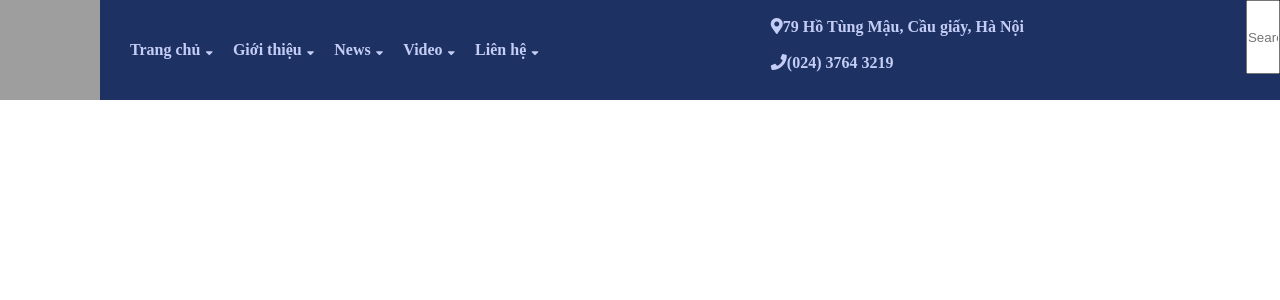
Repository: Luong-tung/newtopics
Page: index2.html
An editor plug-in stored every save of this project. The page is shown before and after the next save, followed by the edit.
The browser window is 1280 px wide. The pictures show the whole page.
Pictures or frames that could not be fetched are drawn as grey boxes. Some web libraries are served in a nearby version.

Above is the page before, as saved 2021-10-07 18:27:40.

### index2.html
<!DOCTYPE html>
<html lang="en">
<head>
    <meta charset="UTF-8">
    <meta http-equiv="X-UA-Compatible" content="IE=edge">
    <meta name="viewport" content="width=device-width, initial-scale=1.0">
    <title>trang web thương mai điện tử</title>
    <link rel="stylesheet" href="iu2.css">
    <link rel="stylesheet" href="https://pro.fontawesome.com/releases/v5.10.0/css/all.css" integrity="sha384-AYmEC3Yw5cVb3ZcuHtOA93w35dYTsvhLPVnYs9eStHfGJvOvKxVfELGroGkvsg+p" crossorigin="anonymous"/>
    <link rel="stylesheet" href="grid.css">

</head>
<body>
    <div class="header">
        <div class="logo">
            <img src="https://scontent.fhan3-5.fna.fbcdn.net/v/t1.15752-9/243148085_229171089102243_5702030057696055665_n.png?_nc_cat=109&ccb=1-5&_nc_sid=ae9488&_nc_ohc=MFQrVL-E3ZUAX81UgOR&_nc_ht=scontent.fhan3-5.fna&oh=bf2530340138a8a1eb55384dd7d37a9e&oe=6184EB79" alt="">


            <ul>
                <li><a href="#"></a>Trang chủ<i class="fas fa-sort-down"></i></li>
                <li><a href="#"></a>Giới thiệu<i class="fas fa-sort-down"></i></li>
                <li><a href="#"></a>News<i class="fas fa-sort-down"></i></li>
                <li><a href="#"></a>Video<i class="fas fa-sort-down"></i></li>
                <li><a href="#"></a>Liên hệ<i class="fas fa-sort-down"></i></li>
            </ul>
        </div>
        <div class="address">
            <p><i class="fas fa-map-marker-alt"></i>79 Hồ Tùng Mậu, Cầu giấy, Hà Nội</p>
            <P><i class="fas fa-phone"></i>(024) 3764 3219</P>
        </div>
        <div class="search">
            <form>
                <input type="text" name="Search" placeholder="Search...">
            </form>
        </div>









    </div>
    <script src="./main2.js"></script>
</body>
</html>

### iu2.css
*{
    padding: 0;
    margin: 0;

}
.header{
    width: 100%;
    height: 100px;
    background:#1E3163;
    display: flex;
    justify-content: space-between;

}
.header .logo img{
    width: 100px;
    height: 100px;

}
.header .logo{
    display: flex;
    cursor: pointer;
}
.header .logo ul{
    color: #c4cdf5;
    margin-left: 20px;
    display: flex;
    align-items: center;
    justify-content: space-between;
}
.header .logo ul li{
    list-style: none;
    cursor: pointer;
    margin: 0px 5px;
    padding:5px;
    font-weight: 600;

}
.header .logo ul li i{
    font-size: 12px;
    margin-left: 5px;
}
.header .logo ul li:hover{
    background:#c4cdf5;
    color:#092086;

}
.header .address p{
    margin-top: 18px;
    color: #c4cdf5;
    font-weight: 600;
    cursor: pointer;
    padding: 0 5px;
}
.header .search{

}
.header .search input{
    width: 30px;
    height: 70px;
}

Loaded but not shown: grid.css (no stored copy; drawn as an empty file); main2.js (no stored copy; drawn as an empty file)

After the next save:
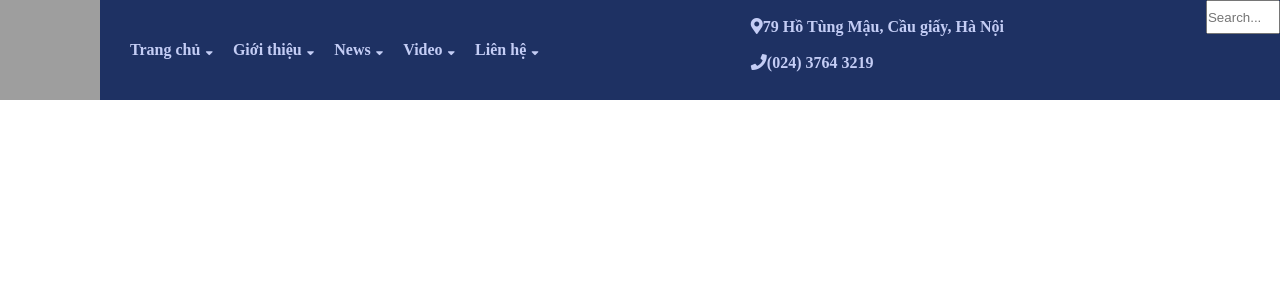
Saved 27 s later.
--- a/iu2.css
+++ b/iu2.css
@@ -55,6 +55,6 @@
 
 }
 .header .search input{
-    width: 30px;
-    height: 70px;
+    width: 70px;
+    height: 30px;
 }
